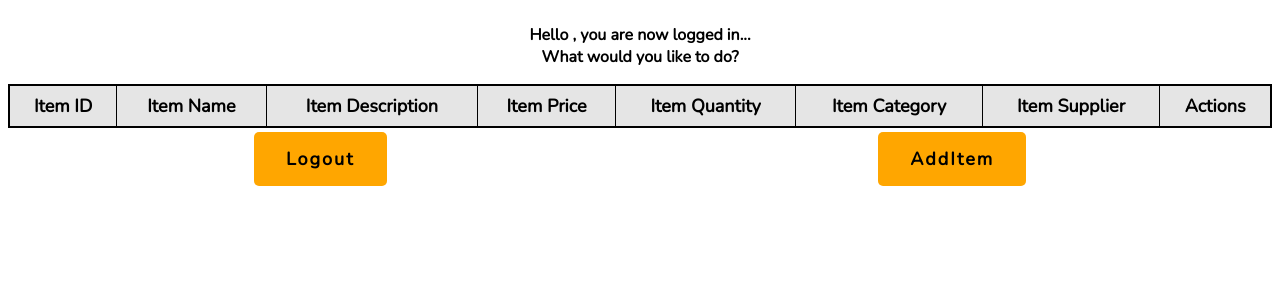
Repository: arshad-shah/Software-enginnering-3-software-patterns
Page: http://localhost/InventorySystemApp/inventory.jsp
These files come from the project's save history. The page is drawn as it stood at one moment and after the next save; the edit follows.
The browser window is 1280 px wide. The pictures show the whole page.
The page is served by Tomcat 9.

Above is the page before, as saved 2021-11-23 11:28:32.

After the next save:
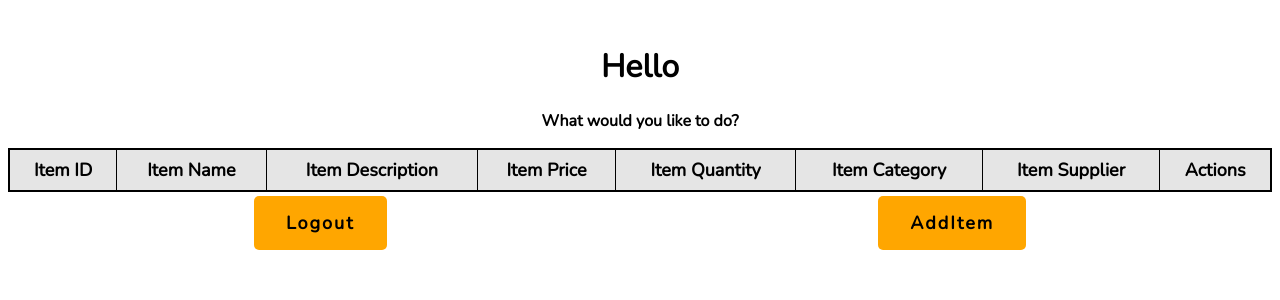
Saved 47 s later.
--- a/workspace/InventorySystemApp/WebContent/inventory.jsp
+++ b/workspace/InventorySystemApp/WebContent/inventory.jsp
@@ -17,7 +17,7 @@ pageEncoding="ISO-8859-1"%>
   <body>
     <c:set var="user" value="${sessionScope.user}" />
     <div class="inventoryHeader">
-        <b>Hello <c:out value="${user}" />, you are now logged in...</b>
+    <h1><b>Hello <c:out value="${user}" /></b></h1>
     	<b>What would you like to do?</b>
     </div>
 
